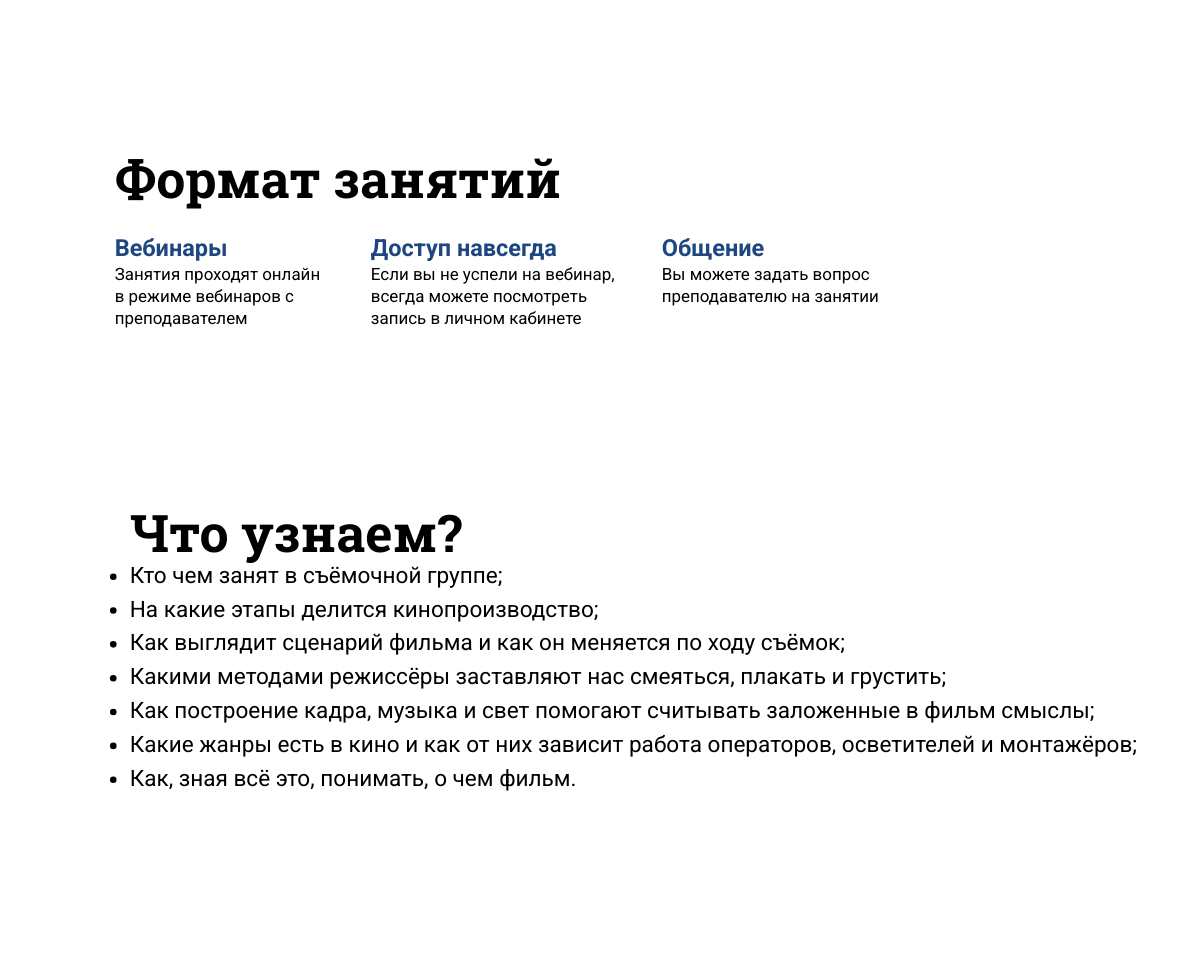
Repository: mirali879/previous-proj
Page: index.html
These files come from the project's save history. The page is drawn as it stood at one moment and after the next save; the edit follows.
The browser window is 1280 px wide. The pictures show the whole page, at 94% of full size.

Above is the page before, as saved 2023-05-06 19:30:44.

### index.html
<!DOCTYPE html>
<html lang="en">
  <head>
    <meta charset="UTF-8" />
    <meta http-equiv="X-UA-Compatible" content="IE=edge" />
    <meta name="viewport" content="width=device-width, initial-scale=1.0" />
    <link rel="stylesheet" href="/style.css" />
    <title>Document</title>
  </head>
  <body>
    <div class="page-1">
      <h1>Формат занятий</h1>

      <ul>
        <li >
          <h3>Вебинары</h3>
          <span
            >Занятия проходят онлайн в режиме вебинаров с преподавателем</span
          >
        </li>
        <li >
          <h3>Доступ навсегда</h3>
          <span
            >Если вы не успели на вебинар, всегда можете посмотреть запись в
            личном кабинете</span
          >
        </li>
        <li >
          <h3>Общение</h3>
          <span>Вы можете задать вопрос преподавателю на занятии</span>
        </li>
      </ul>
    </div>

    <div class="page-2">
      <h1>Что узнаем?</h1>
        <ul >
          <li>Кто чем занят в съёмочной группе;</li>
          <li>На какие этапы делится кинопроизводство;</li>
          <li>
            Как выглядит сценарий фильма и как он меняется по ходу съёмок;
          </li>
          <li>
            Какими методами режиссёры заставляют нас смеяться, плакать и
            грустить;
          </li>
          <li>
            Как построение кадра, музыка и свет помогают считывать заложенные в
            фильм смыслы;
          </li>
          <li>
            Какие жанры есть в кино и как от них зависит работа операторов,
            осветителей и монтажёров;
          </li>
          <li>Как, зная всё это, понимать, о чем фильм.</li>
        </ul>
    </div>

    <!-- <div class="container2">
        <h1>Программа курса</h1>
        <div class="box-row">
            <div class="box">
                <img src="/images/pic-1.png" alt="">
                <h3>1. Как создают кино</h3>
                <div class="div">
                    8 сентября 20:00 Данила Кузнецов
                </div>
            </div>

            <div class="box">
                <img src="/images/pic-1.png" alt="">
                <h3>1. Как создают кино</h3>
                <div class="div">
                    8 сентября 20:00 Данила Кузнецов
                </div>
            </div>

            <div class="box">
                <img src="/images/pic-1.png" alt="">
                <h3>1. Как создают кино</h3>
                <div class="div">
                    8 сентября 20:00 Данила Кузнецов
                </div>
            </div>

            <div class="box">
                <img src="/images/pic-1.png" alt="">
                <h3>1. Как создают кино</h3>
                <div class="div">
                    8 сентября 20:00 Данила Кузнецов
                </div>
            </div>

            <div class="box">
                <img src="/images/pic-1.png" alt="">
                <h3>1. Как создают кино</h3>
                <div class="div">
                    8 сентября 20:00 Данила Кузнецов
                </div>
            </div>

            <div class="box">
                <img src="/images/pic-1.png" alt="">
                <h3>1. Как создают кино</h3>
                <div class="div">
                    8 сентября 20:00 Данила Кузнецов
                </div>
            </div>

            <div class="box">
                <img src="/images/pic-1.png" alt="">
                <h3>1. Как создают кино</h3>
                <div class="div">
                    8 сентября 20:00 Данила Кузнецов
                </div>
            </div>

            <div class="box">
                <img src="/images/pic-1.png" alt="">
                <h3>1. Как создают кино</h3>
                <div class="div">
                    8 сентября 20:00 Данила Кузнецов
                </div>
            </div>
        </div>
    </div> -->
  </body>
</html>

### style.css
@import url("https://fonts.googleapis.com/css2?family=Roboto+Slab:wght@700&family=Roboto:wght@400;700&display=swap");
@import url('https://fonts.googleapis.com/css2?family=Roboto+Slab:wght@700&family=Roboto:wght@400;700&display=swap');

* {
  margin: 0;
  padding: 0;
}

.page-1 {
  padding: 162px 344px 188px 122px;
}
.page-1 h1 {
  font-family: "Roboto Slab";
  font-style: normal;
  font-weight: 700;
  font-size: 55px;
  line-height: 101.38%;
}
.page-1 ul {
  margin-top: 30px;
  display: flex;
  justify-content: space-between;
}
.page-1 li {
  list-style-type: none;
}
.page-1 li:nth-child(1) {
  width: 223px;
}
.page-1 li:nth-child(2) {
  width: 260px;
}
.page-1 li:nth-child(3) {
  width: 232px;
}
.page-1 ul li h3 {
  font-family: "Roboto";
  font-style: normal;
  font-weight: 700;
  font-size: 25px;
  line-height: 130%;
  color: #1e4681;
}
.page-1 ul li span {
  font-family: "Roboto";
  font-style: normal;
  font-weight: 400;
  font-size: 18px;
  line-height: 130%;
  color: #000000;
}

.page-2{
padding-left: 138px;
padding-bottom: 168px;
}
.page-2 h1{
  font-family: 'Roboto Slab';
font-style: normal;
font-weight: 700;
font-size: 55px;
line-height: 101.38%;
color: #000000;
}

.page-2 ul li {
  font-family: 'Roboto';
font-style: normal;
font-weight: 400;
font-size: 24px;
line-height: 150%;
}

After the next save:
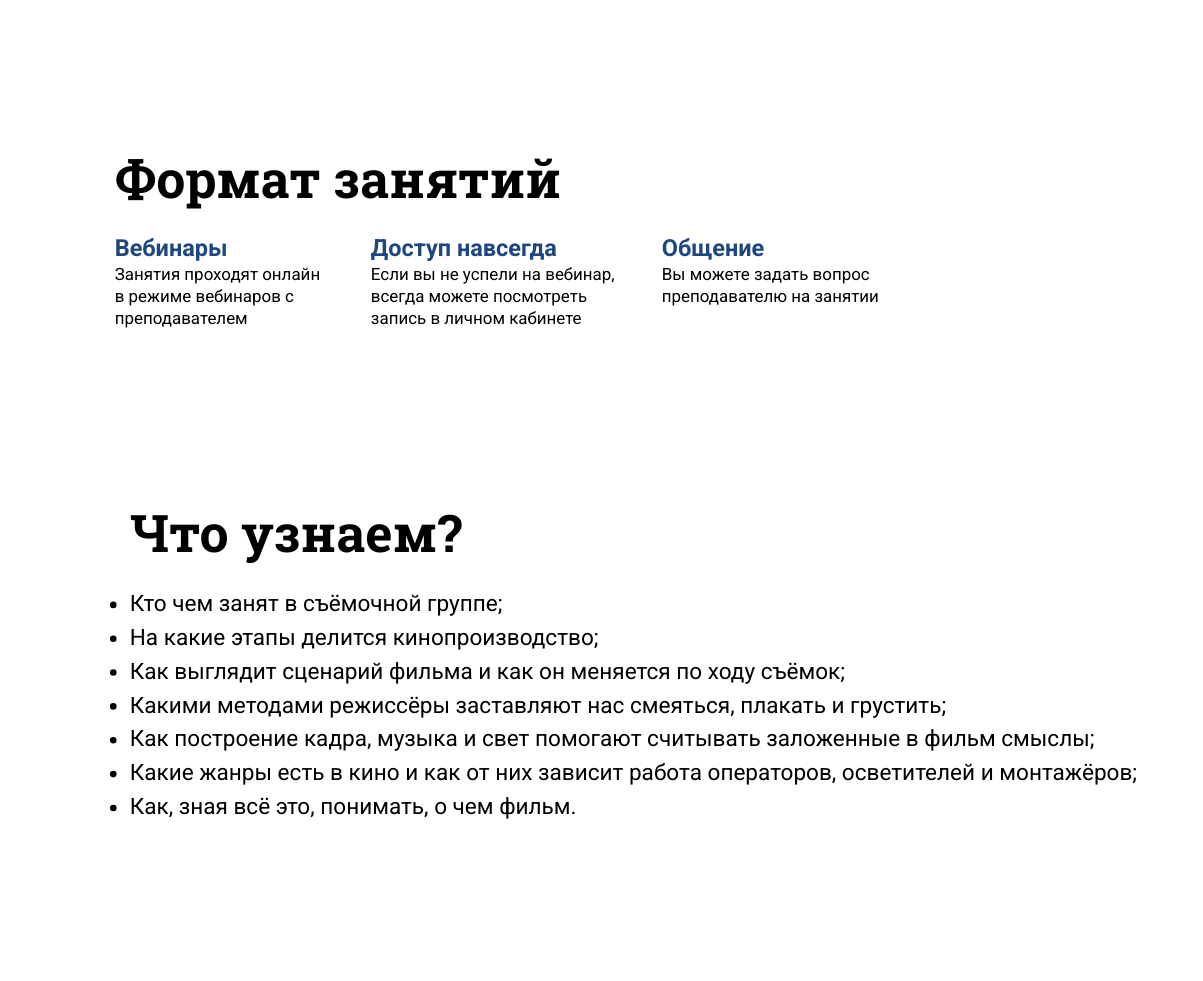
Saved 22 s later.
--- a/style.css
+++ b/style.css
@@ -62,6 +62,9 @@ font-size: 55px;
 line-height: 101.38%;
 color: #000000;
 }
+.page-2 ul {
+  margin-top: 30px;
+}
 
 .page-2 ul li {
   font-family: 'Roboto';
